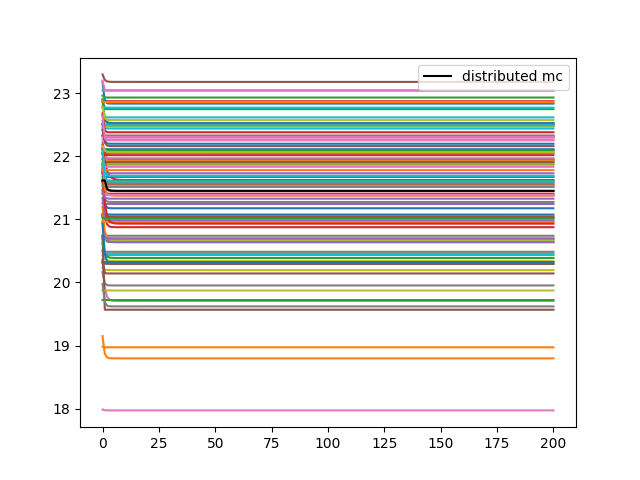
Repository: komuro-zero/distributed-optimization
Script's output: python main_weakly_sparse.py
An editor plug-in stored every save of this project. The script's output is shown before and after the next save, followed by the edit.
Random numbers start from a fixed seed.

Above is the script's output before, as saved 2019-09-26 10:12:46.

After the next save:
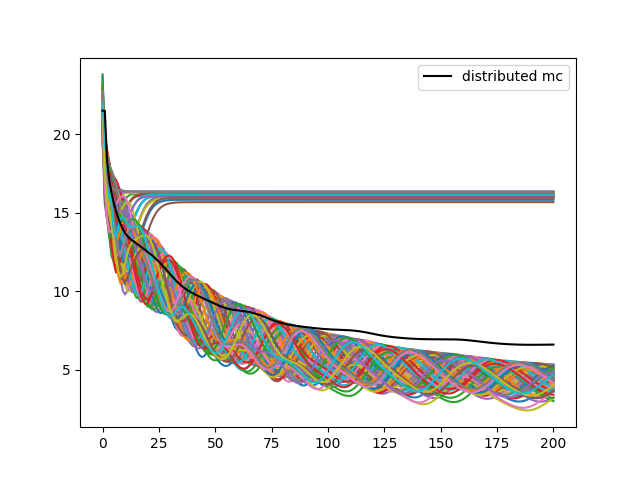
Saved 17 s later.
--- a/main_weakly_sparse.py
+++ b/main_weakly_sparse.py
@@ -12,7 +12,7 @@ class distributed_updates(functions):
 
         self.N = 30
         self.m = 100
-        self.r_i = 0
+        self.r_i = 1
         self.iteration = 200
         self.sparsity_percentage = 0.2
         self.lamb = 10**-2
